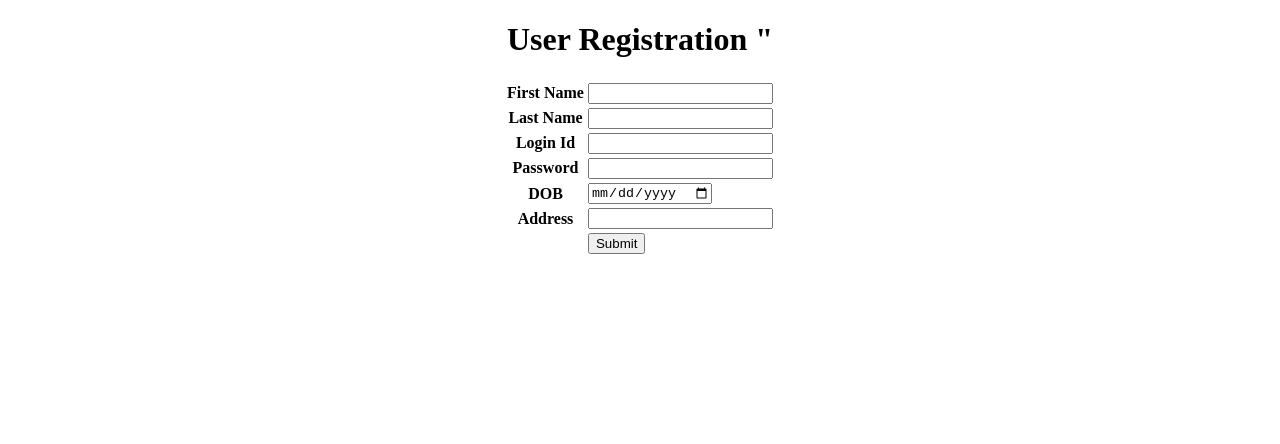
Repository: Ajay12Ajay/Advance_Java
Page: http://localhost/Advance_Web_Project/UserRegistrationView.jsp
An editor plug-in stored every save of this project. The page is shown before and after the next save, followed by the edit.
The browser window is 1280 px wide. The pictures show the whole page.
The page is served by Tomcat 9.

Above is the page before, as saved 2025-07-24 10:30:18.

After the next save:
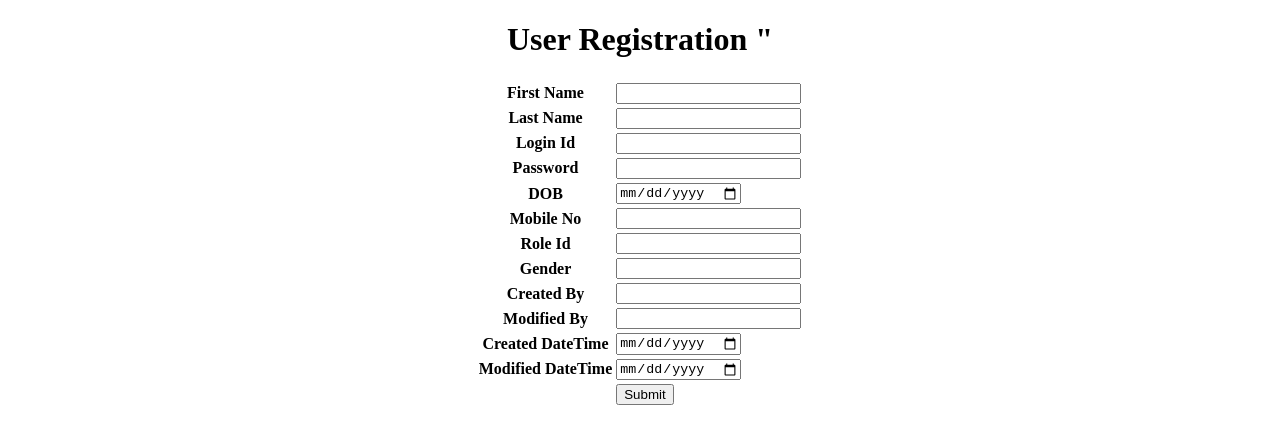
Saved 11 min 28 s later.
--- a/Advance_Java/Advance_Web_Project/WebContent/UserRegistrationView.jsp
+++ b/Advance_Java/Advance_Web_Project/WebContent/UserRegistrationView.jsp
@@ -32,8 +32,32 @@
 					<td><input type="date" name="dob"></td>
 				</tr>
 				<tr>
-					<th>Address</th>
-					<td><input type="text" name="address"></td>
+					<th>Mobile No</th>
+					<td><input type="text" name="mobileNo"></td>
+				</tr>
+				<tr>
+					<th>Role Id</th>
+					<td><input type="text" name="roleId"></td>
+				</tr>
+				<tr>
+					<th>Gender</th>
+					<td><input type="text" name="gender"></td>
+				</tr>
+				<tr>
+					<th>Created By</th>
+					<td><input type="text" name="createdBy"></td>
+				</tr>
+				<tr>
+					<th>Modified By</th>
+					<td><input type="text" name="modifiedBy"></td>
+				</tr>
+				<tr>
+					<th>Created DateTime</th>
+					<td><input type="date" name="createdDatetime"></td>
+				</tr>
+				<tr>
+					<th>Modified DateTime</th>
+					<td><input type="date" name="createdDatetime"></td>
 				</tr>
 				<tr>
 					<th></th>
